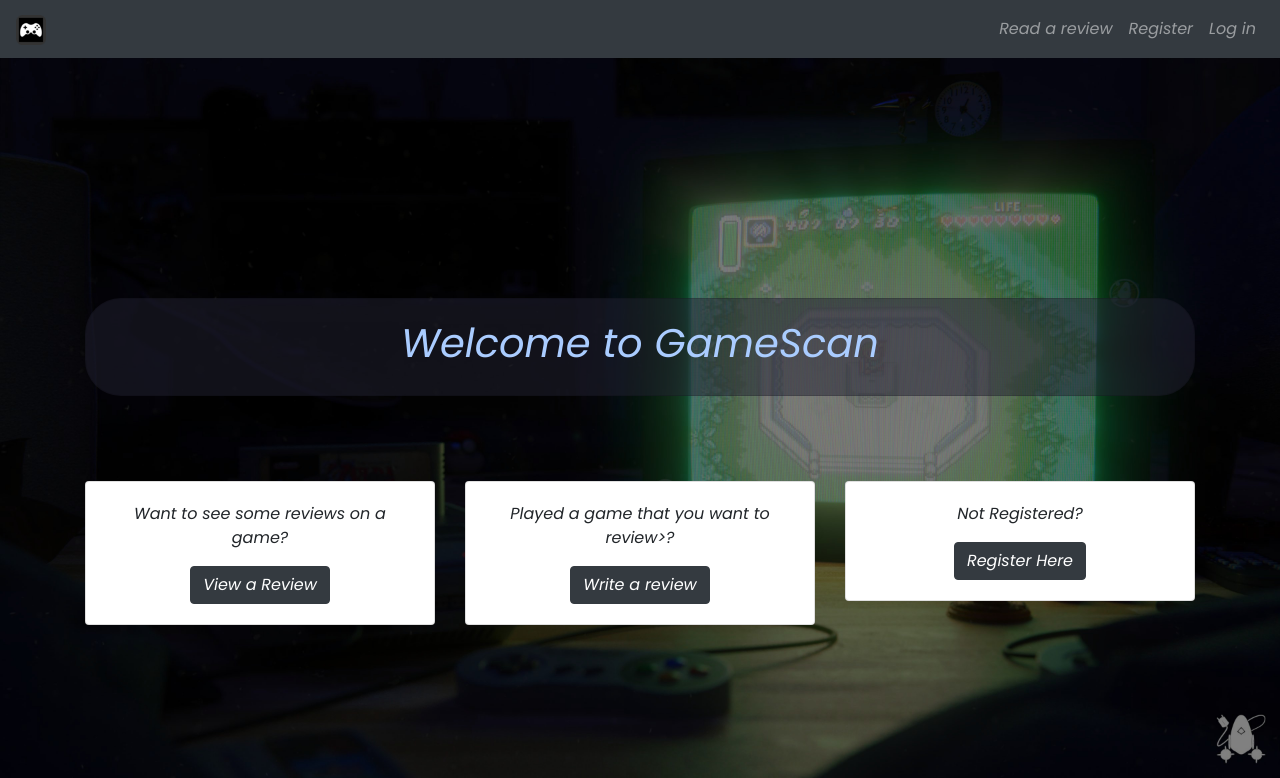
Repository: amit238/milestone-project-3
Page: http://localhost/
The author's editor kept a record of every edit. The page is drawn from the files as they stood at one moment, then again after the next edit.
The browser window is 1280 px wide. The pictures show the whole page.
Some web libraries are served in a nearby version. The page is served by the project's application, run on Flask 3 (app.py).

Above is the page before.

After the next edit:
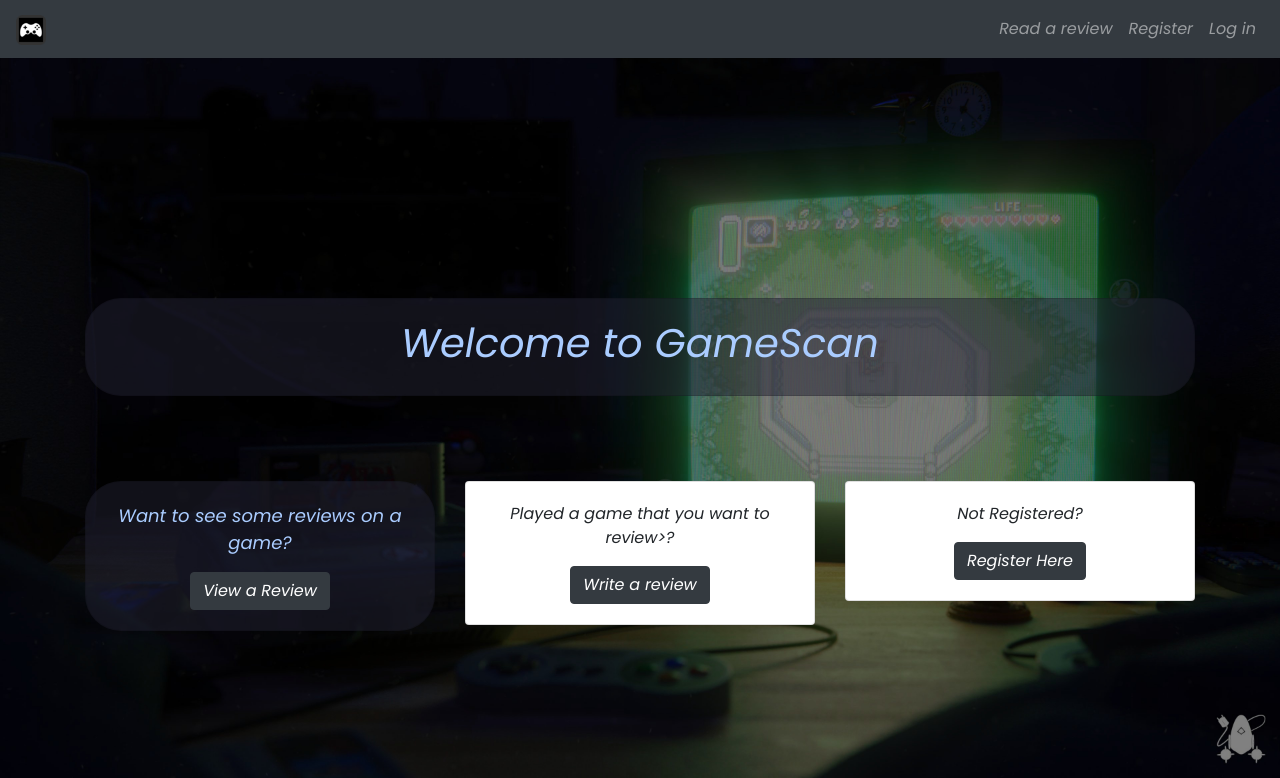
The edit:
--- a/templates/index.html
+++ b/templates/index.html
@@ -12,7 +12,7 @@
         </div>
         <div class="row padding-text-align">
             <div class="col-12 col-lg-4">
-                <div class="card">
+                <div class="card homepage-card">
                     <div class="card-body">
                         <p>Want to see some reviews on a game?</p>
                         <button type="button" class="btn btn-dark">View a Review</button>
